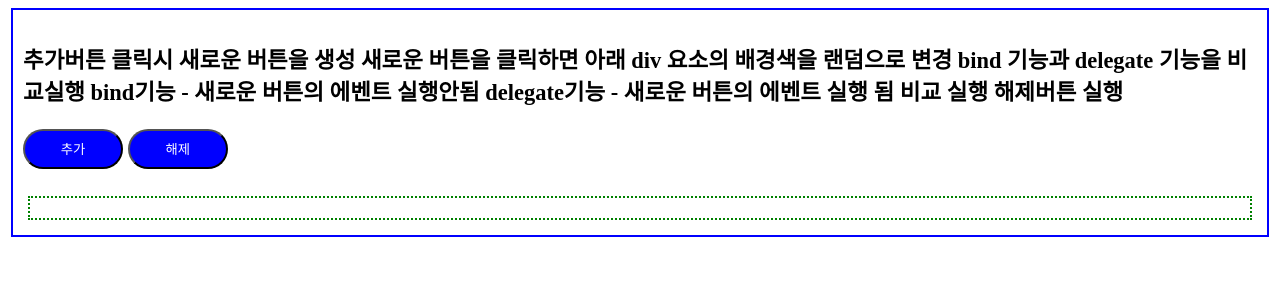
Repository: patternlobe-stack/MY_repository
Page: webpro/src/main/webapp/0617/이벤트메소드.html
An editor plug-in stored every save of this project. The page is shown before and after the next save, followed by the edit.
The browser window is 1280 px wide. The pictures show the whole page.

Above is the page before, as saved 2025-09-17 04:58:50.

### webpro/src/main/webapp/0617/이벤트메소드.html
<!DOCTYPE html>
<html>
<head>
<meta charset="UTF-8">
<title>Insert title here</title>
<link rel="stylesheet"  href="../css/public.css">

<script>
</script>

</head>
<body>


<div class="box">
      <h3>
      추가버튼 클릭시 새로운 버튼을 생성
	새로운 버튼을 클릭하면 아래 div 요소의 배경색을 랜덤으로 변경
	bind 기능과 delegate 기능을 비교실행
    bind기능  - 새로운 버튼의 에벤트 실행안됨
    delegate기능 - 새로운 버튼의 에벤트 실행 됨 비교 실행
	해제버튼 실행

      </h3>
      <input type="button" value="추가" id="btn1" />
      <input type="button" value="해제"  id="stop"/>
      <br /><br />

      <div id="result1"></div>
</div>
</body>
</html>

### webpro/src/main/webapp/css/public.css
@charset "UTF-8";

pre {
  border: 5px inset red;
  margin: 20px;
  padding: 10px;
  font-size: 1.3rem;
}
div {
  border: 2px dotted green;
  padding: 10px;
  margin: 5px;
  font-size: 1.2rem;
}

.box {
  border: 2px solid blue;
  margin: 3px;
  padding: 10px;
}
.box input[type="button"],
.box input[type="submit"] {
  background: blue;
  color: white;
  width: 100px;
  height: 40px;
  border-radius: 50px;
}

After the next save:
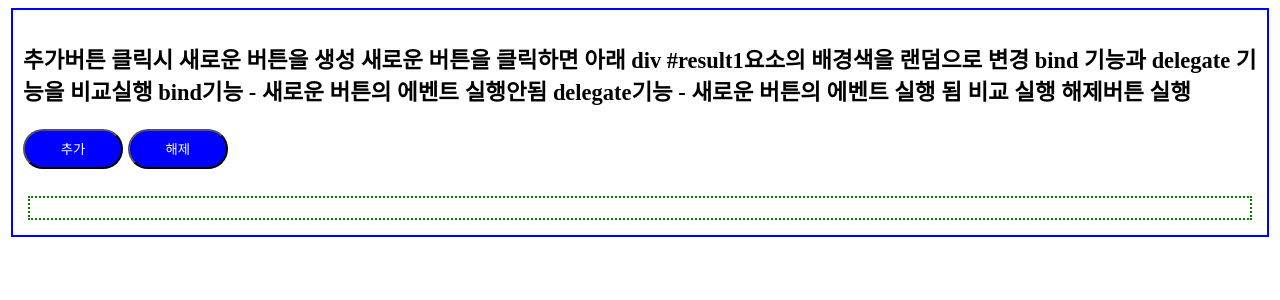
Saved 17 s later.
--- a/webpro/src/main/webapp/0617/이벤트메소드.html
+++ b/webpro/src/main/webapp/0617/이벤트메소드.html
@@ -15,7 +15,7 @@
 <div class="box">
       <h3>
       추가버튼 클릭시 새로운 버튼을 생성
-	새로운 버튼을 클릭하면 아래 div 요소의 배경색을 랜덤으로 변경
+	새로운 버튼을 클릭하면 아래 div #result1요소의 배경색을 랜덤으로 변경
 	bind 기능과 delegate 기능을 비교실행
     bind기능  - 새로운 버튼의 에벤트 실행안됨
     delegate기능 - 새로운 버튼의 에벤트 실행 됨 비교 실행
